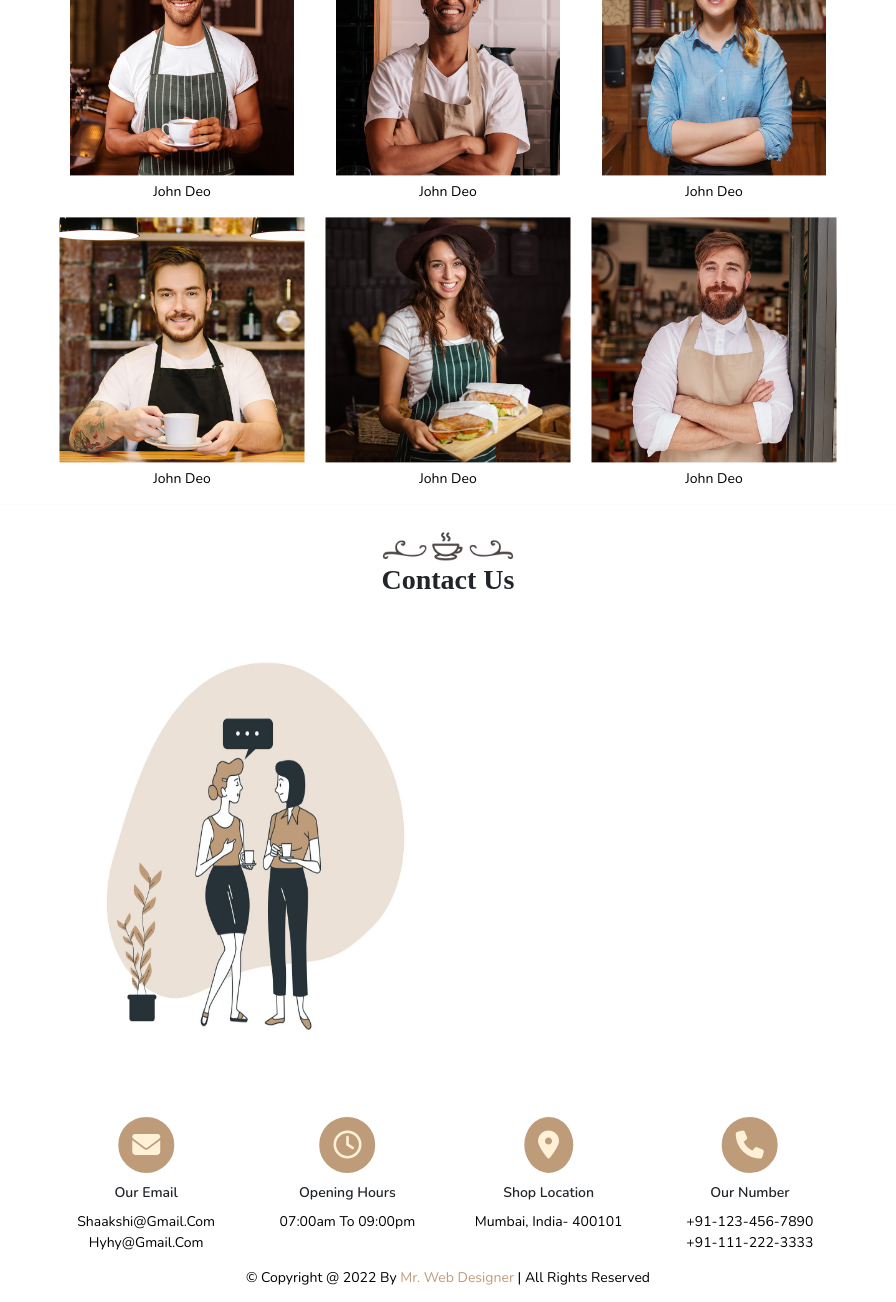
Repository: Ragavan728/coffee_full
Page: index.html
An editor plug-in stored every save of this project. The page is shown before and after the next save, followed by the edit.
The browser window is 1280 px wide. The pictures show the part of the page from y = 3652 to 5572 px (the page is 5512 px tall before and 5572 px after), at 70% of full size.
Some web fonts or font styles are not loaded; a fallback is used.

Above is the page before, as saved 2025-02-10 16:30:52.

After the next save:
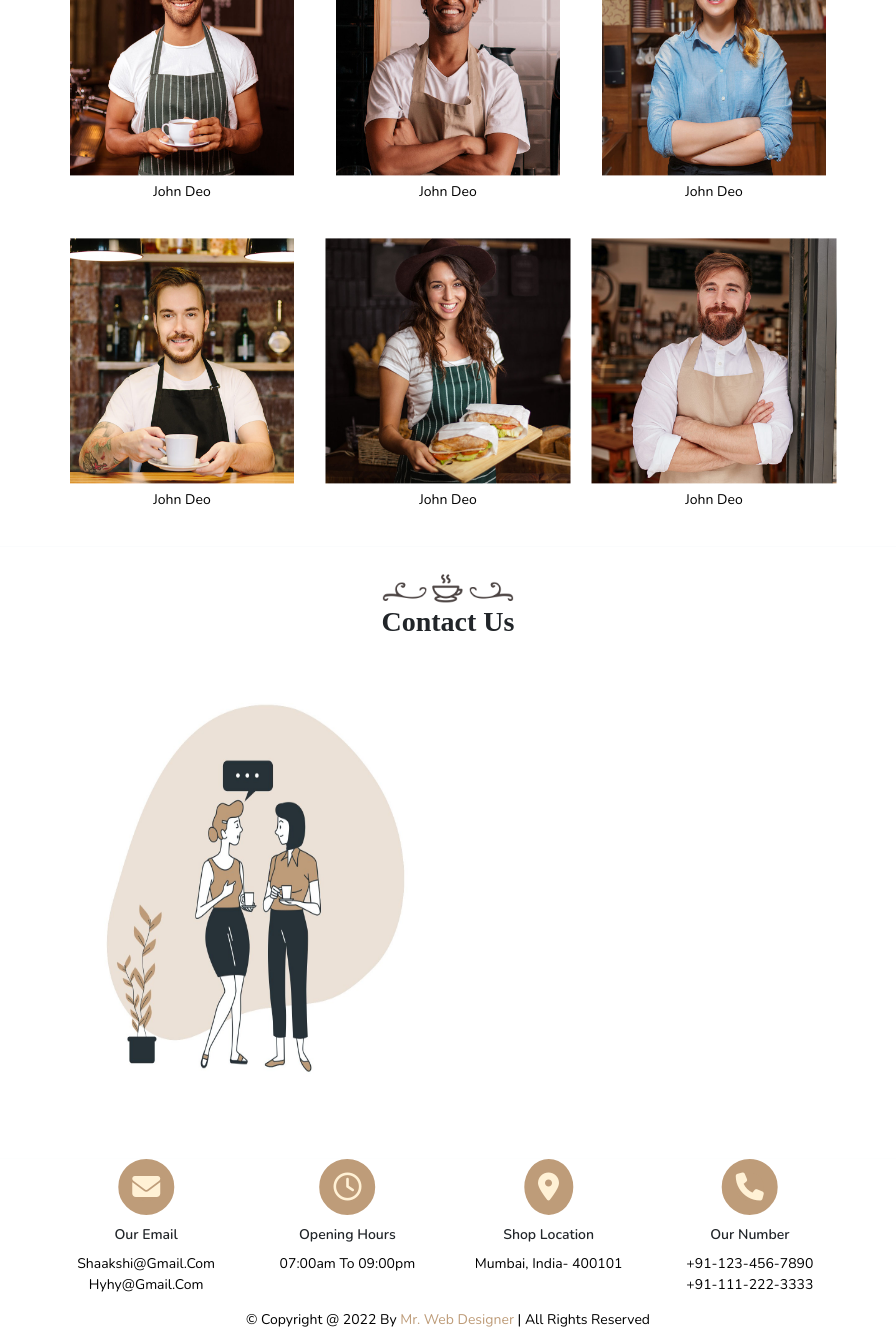
Saved 4 s later.
--- a/index.html
+++ b/index.html
@@ -310,7 +310,7 @@
                         </div>
                     </div>
                     <div class="ourTeamBlock "> <!-- column 4 -->
-                        <div class="ourTeamBox"> <!-- subcolumn 1 -->
+                        <div class="ourTeamCard"> <!-- subcolumn 1 -->
                             <figure class="teamCardHead">
                                 <img src="./assets/images/team_4.jpg" alt="team_4">
                             </figure>
